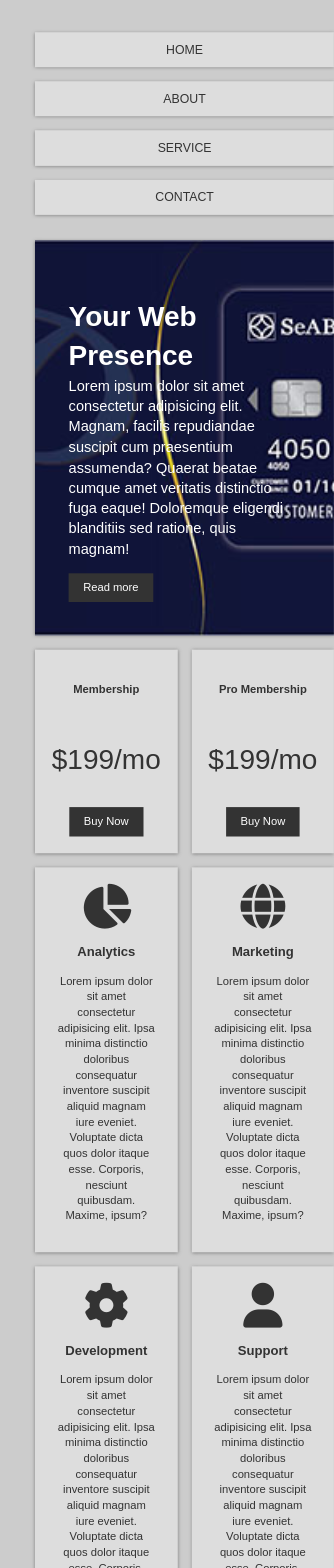
Repository: 1813404040072/grid-demo
Page: index.html
These files come from the project's save history. The page is drawn as it stood at one moment and after a run of saves; the edit follows.
The browser window is 375 px wide. The page is 477 px wide, then 375 px, so the pictures cover 477 px, including what lies to the right of the window. The pictures show the part of the page from y = 0 to 2240 px (the page is 4112 px tall before and 6258 px after), at 70% of full size.
Some web libraries are served in a nearby version.

Above is the page before, as saved 2019-12-25 01:30:02.

### index.html
<!DOCTYPE html>
<html lang="en">
<head>
    <meta charset="UTF-8">
    <meta name="viewport" content="width=device-width, initial-scale=1.0">
    <meta http-equiv="X-UA-Compatible" content="ie=edge">
    <title>GridBiz</title>
    <script src="https://kit.fontawesome.com/a076d05399.js"></script>
    <link rel="stylesheet" href="style.css"/>
</head>
<body>
    <div class="wrapper">
        <!-- Navigation -->
        <nav class="main-nav">
            <ul>
                <li><a href="#">Home</a></li>
                <li><a href="#">About</a></li>
                <li><a href="#">Service</a></li>
                <li><a href="#">Contact</a></li>
            </ul>
        </nav>
        <!-- Top container -->
        <section class="top-container">
            <header class="showcase">
                <h1>Your Web Presence</h1>
                <p>Lorem ipsum dolor sit amet consectetur adipisicing elit. Magnam, facilis repudiandae suscipit cum praesentium assumenda? Quaerat beatae cumque amet veritatis distinctio fuga eaque! Doloremque eligendi blanditiis sed ratione, quis magnam!</p>
                <a href="#" class="btn">Read more</a>
            </header>
            <div class="top-box top-box-a">
                <h4>Membership</h4>
                <p class="price">$199/mo</p>
                <a href="#"class="btn">Buy Now</a>
            </div>
            <div class="top-box top-box-b">
                <h4>Pro Membership</h4>
                <p class="price">$199/mo</p>
                <a href="#"class="btn">Buy Now</a>
            </div>
        </section>

        <!-- Boxes Section -->
        <section class="boxes">
            <div class="box">
                <i class="fas fa-chart-pie fa-4x"></i>
                <h3>Analytics</h3>
                <p>
                    Lorem ipsum dolor sit amet consectetur adipisicing elit. Ipsa minima distinctio doloribus consequatur inventore suscipit aliquid magnam iure eveniet. Voluptate dicta quos dolor itaque esse. Corporis, nesciunt quibusdam. Maxime, ipsum?
                </p>
            </div>
            <div class="box">
                <i class="fas fa-globe fa-4x"></i>
                <h3>Marketing</h3>
                <p>
                    Lorem ipsum dolor sit amet consectetur adipisicing elit. Ipsa minima distinctio doloribus consequatur inventore suscipit aliquid magnam iure eveniet. Voluptate dicta quos dolor itaque esse. Corporis, nesciunt quibusdam. Maxime, ipsum?
                </p>
            </div>
            <div class="box">
                <i class="fas fa-cog fa-4x"></i>
                <h3>Development</h3>
                <p>
                    Lorem ipsum dolor sit amet consectetur adipisicing elit. Ipsa minima distinctio doloribus consequatur inventore suscipit aliquid magnam iure eveniet. Voluptate dicta quos dolor itaque esse. Corporis, nesciunt quibusdam. Maxime, ipsum?
                </p>
            </div>
            <div class="box">
                <i class="fas fa-user fa-4x"></i>
                <h3>Support</h3>
                <p>
                    Lorem ipsum dolor sit amet consectetur adipisicing elit. Ipsa minima distinctio doloribus consequatur inventore suscipit aliquid magnam iure eveniet. Voluptate dicta quos dolor itaque esse. Corporis, nesciunt quibusdam. Maxime, ipsum?
                </p>
            </div>
        </section>
        <!-- Info Section -->
        <section class="info">
            <img src="img/pic1.jpg" alt="">
            <h2>Your Bussiness on the web</h2>
            <p>Lorem ipsum dolor, sit amet consectetur adipisicing elit. Nulla dolore ipsum hic maxime laboriosam accusantium quisquam blanditiis ipsa incidunt possimus! Id distinctio optio vitae consequuntur iste mollitia esse nisi eius?</p>
            <a href="#" class="btn">Learn More</a>
        </section>


        <!-- Portfolio -->
        <section class="portfolio">
            <img src="https://source.unsplash.com/random/200x200" alt="">
            <img src="https://source.unsplash.com/random/200x200" alt="">
            <img src="https://source.unsplash.com/random/200x200" alt="">
            <img src="https://source.unsplash.com/random/200x200" alt="">
            <img src="https://source.unsplash.com/random/200x200" alt="">
            <img src="https://source.unsplash.com/random/200x200" alt="">
            <img src="https://source.unsplash.com/random/200x200" alt="">
            <img src="https://source.unsplash.com/random/200x200" alt="">
            <img src="https://source.unsplash.com/random/200x200" alt="">
        </section>

        <!-- Footer -->
        <footer>
            <p>GridBiz &copy; 2019</p>
        </footer>

    </div>
    <!-- wrapper Ends -->

</body>
</html>

### style.css
/* CSS Variables */
:root {
    --primary: #ddd;
    --dark: #333;
    --light: #fff;
    --shadow: 0 1px 5px rgba(104, 104, 104, 0.8);
}

html{
    box-sizing: border-box;
    font-family: Arial, Helvetica, sans-serif;
    color: var(--dark);
}

body {
    background: #ccc;
    margin: 30px 50px;
    line-height: 1.4;
}

.btn {
    background-color: var(--dark);
    color: var(--light);
    padding: 0.6rem 1.3rem;
    text-decoration: none;
    border: 0;
}

img {
    max-width: 100%;
}

.wrapper {
    display: grid;
    grid-gap: 20px;
}


/* Mavigation */
.main-nav ul {
    display: grid;
    grid-gap: 20px;
    padding: 0;
    list-style: none;
    grid-template-columns: repeat(4, 1fr);
}

.main-nav a{
    background: var(--primary);
    display: block;
    text-decoration: none;
    padding: 0.8rem;
    text-align: center;
    color: var(--dark);
    text-transform: uppercase;
    font-size: 1.1rem;
    box-shadow: var(--shadow);
}

.main-nav a:hover {
    background: var(--dark);
    color: var(--light);
}

/* Top Container */
.top-container{
    display: grid;
    grid-gap: 20px;
    grid-template-areas:
        'showcase showcase top-box-a'
        'showcase showcase top-box-b';
}

/* Showcase */
.showcase {
    grid-area: showcase;
    min-height: 400px;
    background:url(img/pic1.jpg);
    background-size: cover;
    background-position: center;
    padding:  3rem;
    display: flex;
    flex-direction: column;
    align-items: start;
    justify-content: center;
    box-shadow: var(--shadow);
}

.showcase p {
    font-size: 1.3rem;
    margin-top: 0;
    color: var(--light);
}

.showcase h1{
    font-size: 4rem;
    margin-bottom: 0;
    color: var(--light);
}

/* Top Box */
.top-box {
    background: var(--primary);
    display: grid;
    align-items: center;
    justify-items: center;
    box-shadow: var(--shadow);
    padding: 1.5rem;
}

.top-box .price {
    font-size: 2.5rem;
}

.top-box-a {
    grid-area: top-box-a;
}

.top-box-b {
    grid-area: top-box-b;
}

/* Boxes */
.boxes {
    display: grid;
    grid-gap: 20px;
    grid-template-columns: repeat(auto-fit, minmax(200px, 1fr));
}


.box {
    background: var(--primary);
    text-align: center;
    padding: 1.5rem 2rem;
    box-shadow: var(--shadow);
}

/* Info */
.info {
    background: var(--primary);
    box-shadow: var(--shadow);
    display: grid;
    grid-gap: 30px;
    grid-template-columns: repeat(2, 1fr);
    padding: 3rem;
}

/*  Query media */
@media (max-width: 700px) {
    .top-container {
        grid-template-areas:
        'showcase showcase'
        'top-box-a top-box-b';
    }

    .showcase h1 {
        font-size: 2.5rem;
    }

    .main-nav ul {
        grid-template-columns: 1fr;
    }

    .info {
        grid-template-columns: 1fr;
    }
}

@media (max-width: 500px){
    .top-container {
        grid-template-areas:
        'showcase'
        'top-box-a top-box-b';
    }
}

After the next 2 saves:
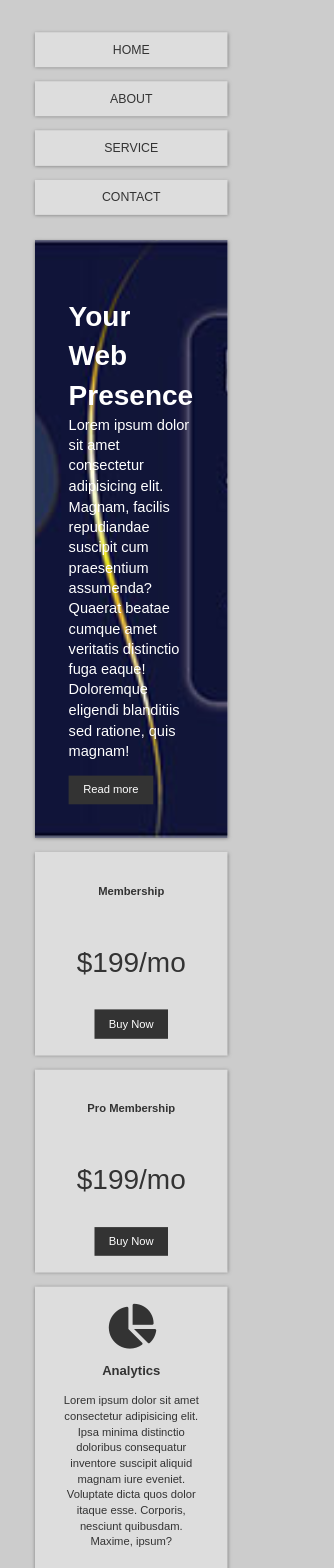
The 2 saves are shown as one change because they came seconds apart.
The last was saved 7 s later.
--- a/style.css
+++ b/style.css
@@ -170,6 +170,7 @@
     .top-container {
         grid-template-areas:
         'showcase'
-        'top-box-a top-box-b';
+        'top-box-a'
+        'top-box-b';
     }
 }
